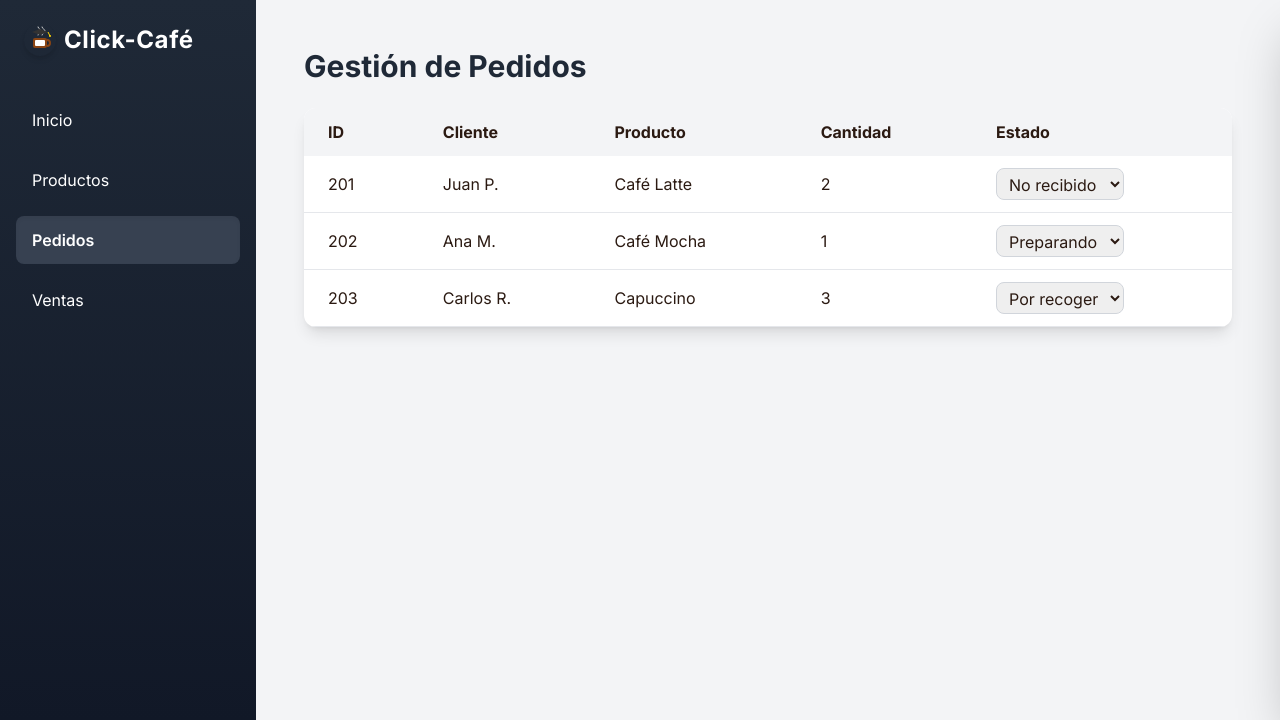
Repository: Adrian-JP777/INTEGRADOR
Page: /admin/pedidos (app in clickcafe/)
The author's editor kept a copy of each file at every save. The page is drawn from the files as they stood at one save, then again after a run of saves.
The browser window is 1280 px wide. The pictures show the whole page.
The project was rebuilt for these pictures with package versions that can differ from the ones it lists, and the page was loaded fresh each time. Also part of the build but not shown: clickcafe/vite.config.js, clickcafe/src/components/Navbar.jsx, clickcafe/src/components/Footer.jsx, clickcafe/src/components/ui/boton.jsx, clickcafe/src/components/Hero.jsx, clickcafe/src/data/products.js, clickcafe/src/components/ProductCard.jsx, clickcafe/src/components/ProductTabs.jsx and 7 more.

Above is the page before, as saved 2025-09-24 23:54:52.

### clickcafe/index.html
<!doctype html>
<html lang="es">
  <head>
    <meta charset="UTF-8" />
    <meta name="viewport" content="width=device-width, initial-scale=1.0" />
    <title>ClickCafe - Tu café en Piura</title>
    <meta name="description" content="ClickCafe: disfruta café, postres y almuerzos en un ambiente acogedor en Piura." />
    <link rel="icon" type="image/svg+xml" href="/logo.svg" />
    <link href="https://fonts.googleapis.com/css2?family=Great+Vibes&family=Inter:wght@300;400;500;600;700&display=swap" rel="stylesheet">
  </head>
  <body class="bg-white text-cafe-900">
    <div id="root"></div>
    <script type="module" src="/src/main.jsx"></script>
  </body>
</html>

### clickcafe/src/App.jsx
import { useState } from "react";
import { Routes, Route, useLocation, Navigate } from "react-router-dom";

// Componentes usuarios
import Navbar from './components/Navbar';
import Footer from './components/Footer';
import CartDrawer from './components/CartDrawer';
import HomePage from './pages/HomePage';
import ProductsPage from './pages/ProductsPage';
import AboutPage from './pages/AboutPage';

// Componentes admin
import AdminLayout from "./layouts/AdminLayout";
import AdminHomePage from "./pages/admin/AdminHomePage";
import AdminProductsPage from "./pages/admin/AdminProductsPage";
import AdminPedidosPage from "./pages/admin/AdminPedidosPage";
import AdminSalesPage from "./pages/admin/AdminSalesPage";

export default function App() {
  const [openCart, setOpenCart] = useState(false);
  const [cart, setCart] = useState([]);
  const [isAdmin, setIsAdmin] = useState(true);
  const location = useLocation();
  const isHome = location.pathname === '/';

  const addToCart = (prod) => {
    setCart((prev) => {
      const exists = prev.find((p) => p.id === prod.id);
      if (exists) return prev.map((p) => (p.id === prod.id ? { ...p, quantity: p.quantity + 1 } : p));
      return [...prev, { ...prod, quantity: 1 }];
    });
    setOpenCart(true);
  };

  const removeFromCart = (id) => setCart((prev) => prev.filter((p) => p.id !== id));
  const changeQuantity = (id, d) =>
    setCart((prev) => prev.map((p) => (p.id === id ? { ...p, quantity: Math.max(1, p.quantity + d) } : p)));

  return (
    <div className="min-h-screen flex flex-col bg-white">
      {!location.pathname.startsWith('/admin') && (
        <Navbar
          overlay={isHome}
          onOpenCart={() => setOpenCart(true)}
          count={cart.reduce((a, b) => a + b.quantity, 0)}
        />
      )}

      <main className="flex-1">
        <Routes>
          <Route path="/home" element={<HomePage onAdd={addToCart} />} />
          <Route path="/products" element={<ProductsPage onAdd={addToCart} />} />
          <Route path="/about" element={<AboutPage />} />

          {isAdmin && (
            <Route path="/admin" element={<AdminLayout />}>
              <Route index element={<Navigate to="home" replace />} />
              <Route path="home" element={<AdminHomePage />} />
              <Route path="products" element={<AdminProductsPage />} />
              <Route path="pedidos" element={<AdminPedidosPage />} />
              <Route path="sales" element={<AdminSalesPage />} />
            </Route>
          )}

          {!isAdmin && <Route path="/admin/*" element={<Navigate to="/" replace />} />}
        </Routes>
      </main>

      {!location.pathname.startsWith('/admin') && <Footer />}

      <CartDrawer
        open={openCart}
        onClose={() => setOpenCart(false)}
        cart={cart}
        remove={removeFromCart}
        changeQuantity={changeQuantity}
      />
    </div>
  );
}

### clickcafe/src/index.css
@import url('https://fonts.googleapis.com/css2?family=Great+Vibes&family=Inter:wght@300;400;500;600;700&display=swap');

@tailwind base;
@tailwind components;
@tailwind utilities;

@layer components {
  .boton-dorado { @apply bg-cafe-500 text-white rounded-full px-5 py-2 font-medium hover:opacity-90 transition; }
  .titulo-seccion { @apply text-3xl md:text-4xl font-semibold text-cafe-900 text-center; }
  .parrafo-suave { @apply text-cafe-900/70 leading-relaxed; }
}

html, body {
  margin: 0;
  padding: 0;
  background-color: #000;
}

### clickcafe/src/components/CartDrawer.jsx
export default function CartDrawer({ open, onClose, cart, remove, changeQuantity }) {
  const total = cart.reduce((a, b) => a + b.price * b.quantity, 0);

  return (
    <div className={`fixed inset-0 z-50 ${open ? 'pointer-events-auto' : 'pointer-events-none'}`}>
      {/* Backdrop difuminado */}
      <div
        onClick={onClose}
        className={`absolute inset-0 bg-black/30 backdrop-blur-sm transition-opacity duration-300 ${
          open ? 'opacity-100' : 'opacity-0'
        }`}
      />

      {/* Panel del carrito */}
      <aside
        className={`absolute right-0 top-0 h-full w-full max-w-md bg-white/90 backdrop-blur-md shadow-2xl transition-transform duration-300 ${
          open ? 'translate-x-0' : 'translate-x-full'
        }`}
      >
        {/* Header */}
        <div className="p-5 border-b flex items-center justify-between bg-white/70 backdrop-blur-sm">
          <h3 className="text-xl font-semibold text-cafe-900">Tu carrito</h3>
          <button onClick={onClose} className="text-cafe-700 hover:text-cafe-900 font-medium transition">
            Cerrar
          </button>
        </div>

        {/* Items */}
        <div className="p-5 space-y-4 overflow-y-auto h-[calc(100%-200px)] scrollbar-thin scrollbar-thumb-cafe-300 scrollbar-track-gray-100">
          {cart.length === 0 && <p className="text-center text-cafe-900/60">Aún no agregas productos.</p>}
          {cart.map((p) => (
            <div
              key={p.id}
              className="flex gap-4 items-center p-3 rounded-lg hover:bg-cafe-50 transition cursor-pointer shadow-sm"
            >
              <img src={p.image} alt={p.name} className="w-16 h-16 rounded-lg object-cover" />
              <div className="flex-1">
                <div className="font-medium text-cafe-900">{p.name}</div>
                <div className="text-sm text-cafe-700">S/{p.price.toFixed(2)}</div>
                <div className="flex items-center gap-2 mt-2">
                  <button
                    onClick={() => changeQuantity(p.id, -1)}
                    className="px-2 py-1 border border-cafe-300 rounded hover:bg-cafe-100 transition"
                  >
                    -
                  </button>
                  <span className="px-2 py-1 border border-cafe-200 rounded bg-cafe-50">{p.quantity}</span>
                  <button
                    onClick={() => changeQuantity(p.id, +1)}
                    className="px-2 py-1 border border-cafe-300 rounded hover:bg-cafe-100 transition"
                  >
                    +
                  </button>
                </div>
              </div>
              <button
                onClick={() => remove(p.id)}
                className="text-red-600 text-sm font-semibold hover:text-red-800 transition"
              >
                Quitar
              </button>
            </div>
          ))}
        </div>

        {/* Footer: botón de pagar más arriba */}
        <div className="p-5 border-t bg-white/70 backdrop-blur-sm flex flex-col gap-3">
          <div className="flex items-center justify-between mb-2">
            <span className="font-medium text-cafe-900">Total</span>
            <span className="font-bold text-lg text-cafe-900">S/{total.toFixed(2)}</span>
          </div>
          <button className="w-full bg-cafe-500 text-white py-3 rounded-lg font-semibold hover:bg-cafe-600 transition">
            Pagar
          </button>
        </div>
      </aside>
    </div>
  );
}

### clickcafe/src/layouts/AdminLayout.jsx
import { Outlet, NavLink } from "react-router-dom";
import { motion } from "framer-motion";

export default function AdminLayout() {
    // Menú actualizado
    const links = [
        { to: "home", label: "Inicio" },
        { to: "products", label: "Productos" },
        { to: "pedidos", label: "Pedidos" },
        { to: "sales", label: "Ventas" },
    ];

    return (
        <div className="flex min-h-screen">
            {/* Sidebar */}
            <aside className="w-64 bg-gradient-to-b from-gray-800 to-gray-900 text-white flex flex-col shadow-lg">
                <div className="p-6 text-2xl font-bold tracking-wide flex items-center gap-2">
                    <img
                        src="/cafeclick.svg"
                        alt="Click-Café Logo"
                        className="w-8 h-8 rounded-full shadow-md"
                    />
                    Click-Café
                </div>

                <nav className="flex-1 flex flex-col gap-3 p-4">
                    {links.map((link) => (
                        <NavLink
                            key={link.to}
                            to={link.to}
                            className={({ isActive }) =>
                                `px-4 py-3 rounded-lg hover:bg-gray-700 transition-colors ${isActive ? "bg-gray-700 shadow-inner font-semibold" : ""
                                }`
                            }
                        >
                            {link.label}
                        </NavLink>
                    ))}
                </nav>
            </aside>

            {/* Contenido principal */}
            <main className="flex-1 p-6 bg-gray-100">
                <motion.div
                    key={window.location.pathname}
                    initial={{ opacity: 0, x: 20 }}
                    animate={{ opacity: 1, x: 0 }}
                    exit={{ opacity: 0, x: -20 }}
                    transition={{ duration: 0.3 }}
                >
                    <Outlet />
                </motion.div>
            </main>
        </div>
    );
}

### clickcafe/src/pages/admin/AdminPedidosPage.jsx
import { useState } from "react";
import { motion } from "framer-motion";

export default function AdminPedidosPage() {
    const [pedidos, setPedidos] = useState([
        { id: 201, cliente: "Juan P.", producto: "Café Latte", cantidad: 2, estado: "No recibido" },
        { id: 202, cliente: "Ana M.", producto: "Café Mocha", cantidad: 1, estado: "Preparando" },
        { id: 203, cliente: "Carlos R.", producto: "Capuccino", cantidad: 3, estado: "Por recoger" },
    ]);

    const estados = ["No recibido", "Preparando", "Por recoger", "Entregado"];

    const cambiarEstado = (id, nuevoEstado) => {
        setPedidos(pedidos.map(p =>
            p.id === id ? { ...p, estado: nuevoEstado } : p
        ));
    };

    return (
        <div className="p-6 max-w-7xl mx-auto">
            <h1 className="text-3xl font-bold mb-6 text-gray-800">Gestión de Pedidos</h1>

            <motion.div
                className="overflow-x-auto bg-white rounded-xl shadow-lg"
                initial={{ opacity: 0, y: 20 }}
                animate={{ opacity: 1, y: 0 }}
            >
                <table className="min-w-full text-left">
                    <thead className="bg-gray-100">
                        <tr>
                            <th className="px-6 py-3">ID</th>
                            <th className="px-6 py-3">Cliente</th>
                            <th className="px-6 py-3">Producto</th>
                            <th className="px-6 py-3">Cantidad</th>
                            <th className="px-6 py-3">Estado</th>
                        </tr>
                    </thead>
                    <tbody>
                        {pedidos.map(p => (
                            <tr key={p.id} className="border-b hover:bg-gray-50 transition">
                                <td className="px-6 py-3">{p.id}</td>
                                <td className="px-6 py-3">{p.cliente}</td>
                                <td className="px-6 py-3">{p.producto}</td>
                                <td className="px-6 py-3">{p.cantidad}</td>
                                <td className="px-6 py-3">
                                    <select
                                        value={p.estado}
                                        onChange={e => cambiarEstado(p.id, e.target.value)}
                                        className="px-2 py-1 rounded-lg border border-gray-300 focus:ring focus:ring-blue-300"
                                    >
                                        {estados.map((estado, idx) => (
                                            <option key={idx} value={estado}>{estado}</option>
                                        ))}
                                    </select>
                                </td>
                            </tr>
                        ))}
                    </tbody>
                </table>
            </motion.div>
        </div>
    );
}

### clickcafe/tailwind.config.js
export default {
  content: ["./index.html", "./src/**/*.{js,jsx,ts,tsx}"],
  theme: {
    extend: {
      colors: {
        cafe: {
          50:  '#f7efe7',
          100: '#f1e0d0',
          300: '#e0b88f',
          500: '#c48a3a',
          700: '#5a3a24',
          900: '#2b1a12',
        },
      },
      fontFamily: {
        sans: ["Inter","system-ui","sans-serif"],
        marca: ["Great Vibes","cursive"]
      },
      boxShadow: { suave: "0 8px 30px rgba(0,0,0,0.15)" }
    },
  },
  plugins: [],
};

Loaded but not shown: clickcafe/src/main.jsx (common file)

After the next 2 saves:
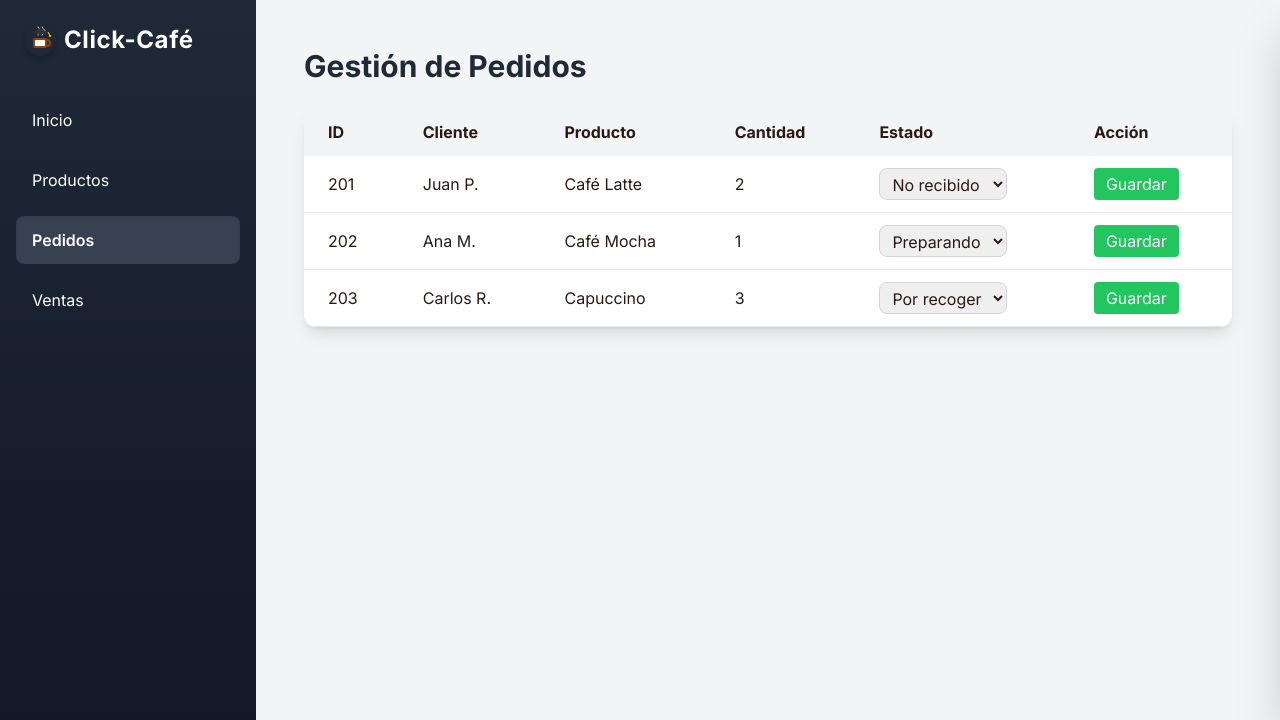
The 2 saves are shown as one change because they came seconds apart.
The last was saved 106 s later.
--- a/clickcafe/src/pages/admin/AdminPedidosPage.jsx
+++ b/clickcafe/src/pages/admin/AdminPedidosPage.jsx
@@ -10,10 +10,12 @@ export default function AdminPedidosPage() {
 
     const estados = ["No recibido", "Preparando", "Por recoger", "Entregado"];
 
-    const cambiarEstado = (id, nuevoEstado) => {
-        setPedidos(pedidos.map(p =>
-            p.id === id ? { ...p, estado: nuevoEstado } : p
-        ));
+    // Guardar cambio de estado
+    const actualizarPedido = (id, nuevoEstado) => {
+        setPedidos((prev) =>
+            prev.map((p) => (p.id === id ? { ...p, estado: nuevoEstado } : p))
+        );
+        alert(`Pedido ${id} actualizado a "${nuevoEstado}"`);
     };
 
     return (
@@ -33,10 +35,11 @@ export default function AdminPedidosPage() {
                             <th className="px-6 py-3">Producto</th>
                             <th className="px-6 py-3">Cantidad</th>
                             <th className="px-6 py-3">Estado</th>
+                            <th className="px-6 py-3">Acción</th>
                         </tr>
                     </thead>
                     <tbody>
-                        {pedidos.map(p => (
+                        {pedidos.map((p) => (
                             <tr key={p.id} className="border-b hover:bg-gray-50 transition">
                                 <td className="px-6 py-3">{p.id}</td>
                                 <td className="px-6 py-3">{p.cliente}</td>
@@ -45,13 +48,29 @@ export default function AdminPedidosPage() {
                                 <td className="px-6 py-3">
                                     <select
                                         value={p.estado}
-                                        onChange={e => cambiarEstado(p.id, e.target.value)}
+                                        onChange={(e) => setPedidos((prev) =>
+                                            prev.map((item) =>
+                                                item.id === p.id ? { ...item, estado: e.target.value } : item
+                                            )
+                                        )}
                                         className="px-2 py-1 rounded-lg border border-gray-300 focus:ring focus:ring-blue-300"
                                     >
                                         {estados.map((estado, idx) => (
-                                            <option key={idx} value={estado}>{estado}</option>
+                                            <option key={idx} value={estado}>
+                                                {estado}
+                                            </option>
                                         ))}
                                     </select>
+                                </td>
+                                <td className="px-6 py-3">
+                                    <motion.button
+                                        onClick={() => actualizarPedido(p.id, p.estado)}
+                                        whileHover={{ scale: 1.05 }}
+                                        whileTap={{ scale: 0.95 }}
+                                        className="px-3 py-1 bg-green-500 text-white rounded hover:bg-green-600 transition"
+                                    >
+                                        Guardar
+                                    </motion.button>
                                 </td>
                             </tr>
                         ))}
